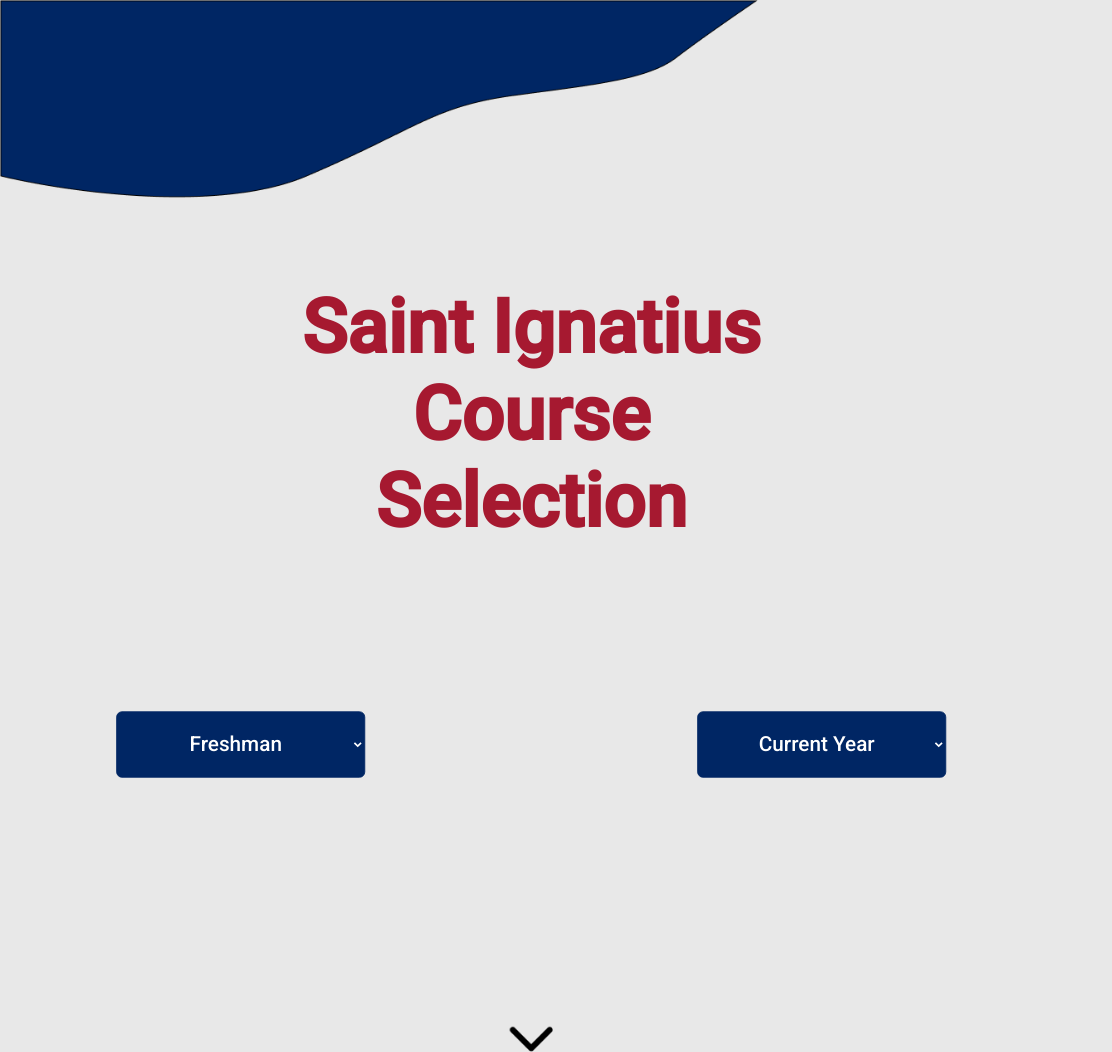
Repository: BuddyBob/si_course_selection
Page: /
The author's editor kept a copy of each file at every save. The page is drawn from the files as they stood at one save, then again after the next save.
The browser window is 1280 px wide. The page is 1340 px wide, so the pictures cover 1340 px, including what lies to the right of the window. The pictures show the whole page, at 83% of full size.
The project was rebuilt for these pictures with package versions that can differ from the ones it lists, and the page was loaded fresh each time. Also part of the build but not shown: src/components/CurrentYear.js, src/components/AllYears/YearFour.js, src/components/AllYears/YearOne.js, src/components/AllYears/YearThree.js, src/components/AllYears/YearTwo.js.

Above is the page before, as saved 2023-01-04 13:00:40.

After the next save:
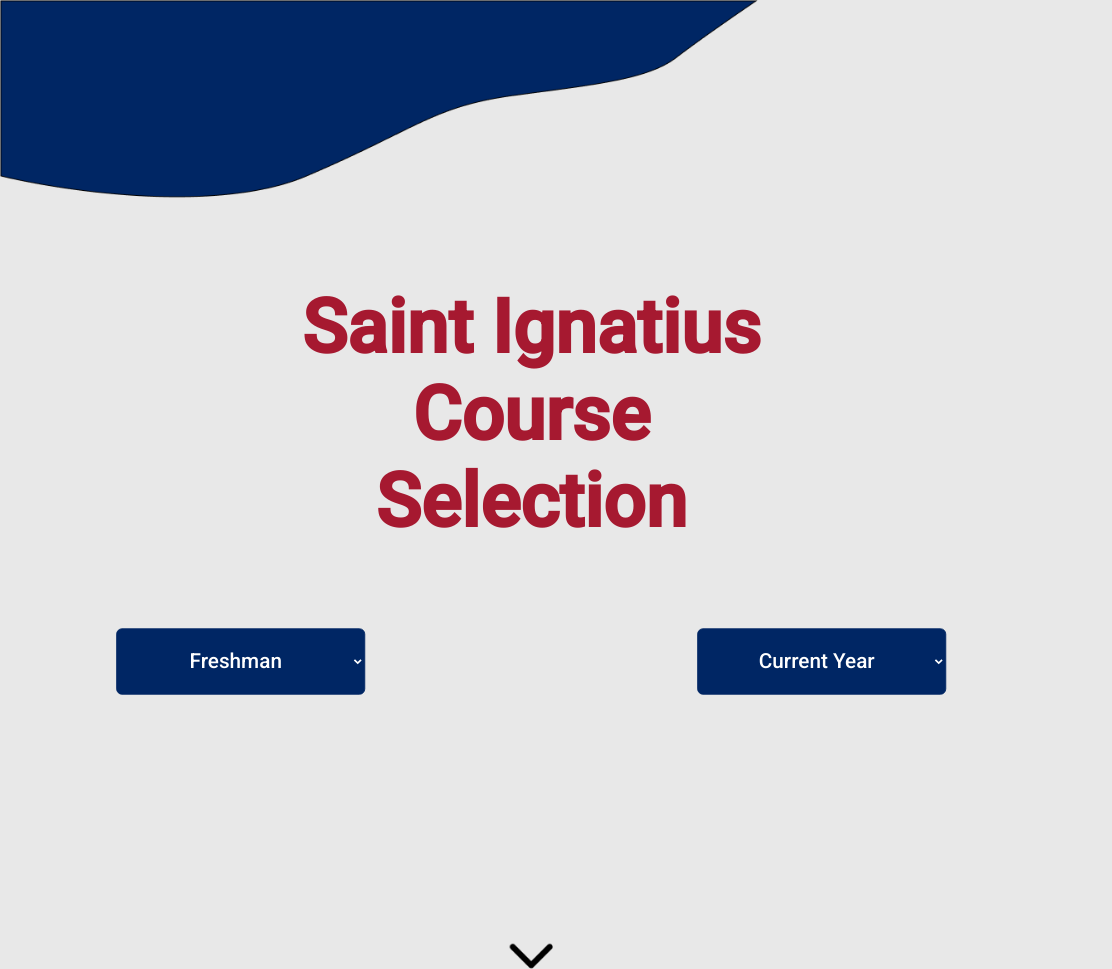
Saved 4 s later.
--- a/src/index.css
+++ b/src/index.css
@@ -91,7 +91,7 @@
   height: 100%;
   margin: auto;
   position: relative;
-  top: 100px;
+
 
 }
 
